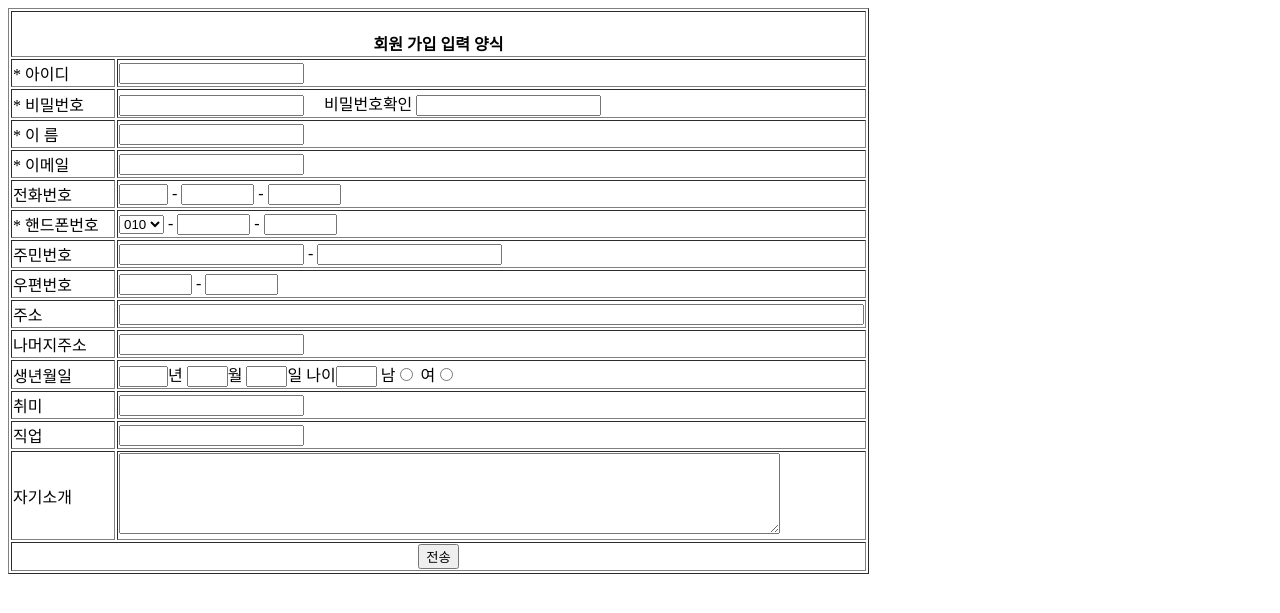
Repository: vkfkstptkd1/WebProgramming
Page: ch3_FormTag/WebContent/In_Form.html
The author's editor kept a copy of each file at every save. The page is drawn from the files as they stood at one save, then again after the next save.
The browser window is 1280 px wide. The pictures show the whole page.

Above is the page before, as saved 2021-03-20 07:25:45.

### ch3_FormTag/WebContent/In_Form.html
<!DOCTYPE html>
<html>
<head>
<meta charset="EUC-KR">
<title>First Practice : In_ Form</title>
</head>
<body>
<form action= "In_Form_ok.jsp" method="post">
	<table border="1">
	<tr><th colspan=2><br>회원 가입 입력 양식</th></tr><!--표제목  -->
	<tr><td width= "100"> * 아이디</td>
		<td width="500"> <input type="text" name="id"></td>
	</tr>
	<tr><td> * 비밀번호</td>
		<td> <input type="text" name="pwd"> &nbsp;&nbsp;&nbsp;&nbsp;비밀번호확인 <input type="text" name="pwdok">
		</td>
	</tr>
	<tr><td> * 이 름</td>
		<td> <input type="text" name="name"></td>
	</tr>
	<tr><td> * 이메일</td>
		<td> <input type="text" name="email"></td>
	</tr>
	<tr><td> 전화번호</td>
		<td><input type="text" name="homenumber" size=3>
			-
			<input type="text" name="homenumber" size=6>
			-
			<input type="text" name="homenumber" size=6>
		</td>
	</tr>
	<tr><td> * 핸드폰번호</td>
		<td>
		<SELECT NAME="phonenumber1">
		<OPTION VALUE="010">010</OPTION>
		<OPTION VALUE="011">011</OPTION>
		<OPTION VALUE="012">012</OPTION>
		</SELECT>
		-
		<input type="text" name="phonenumber2" size=6>
		-
		<input type="text" name="phonenumber3" size=6>
		</td>
	</tr>
	<tr><td> 주민번호</td>
		<td> <input type="text" name="ssn1">
			 -
			 <input type="text" name="ssn2">
		</td>
	</tr>
	<tr><td> 우편번호</td>
		<td> <input type="text" name="pn1" size=6>
			 -
			 <input type="text" name="pn2" size=6></td>
	</tr>
	<tr><td> 주소</td>
		<td> <input type="text" name="ad" size=90 ></td>
	</tr>
	<tr><td> 나머지주소</td>
		<td> <input type="text" name="remainderad"></td>
	</tr>
	<tr><td> 생년월일</td>
		<td> <input type="text" name="year" size=3>년
			 <input type="text" name="month" size=2>월
			 <input type="text" name="day" size=2>일
			 나이<input type="text" name="age" size=2>
			 남<input type="radio" name="gender" value="남">
			 여<input type="radio" name="gender" value="여">
		</td>
	</tr>
	<tr><td> 취미</td>
		<td> <input type="text" name="id"></td>
	</tr>
	<tr><td > 직업</td>
		<td > <input type="text" name="id"></td>
	</tr>
	<tr><td > 자기소개</td>
		<td > <textarea name="intro" rows=5 cols=80></textarea></td>
	</tr>
	<tr>
		<td colspan="2"><center><input type="submit" value="전송" ></center></td>
	</tr>
	</table>
</form>
</body>
</html>

After the next save:
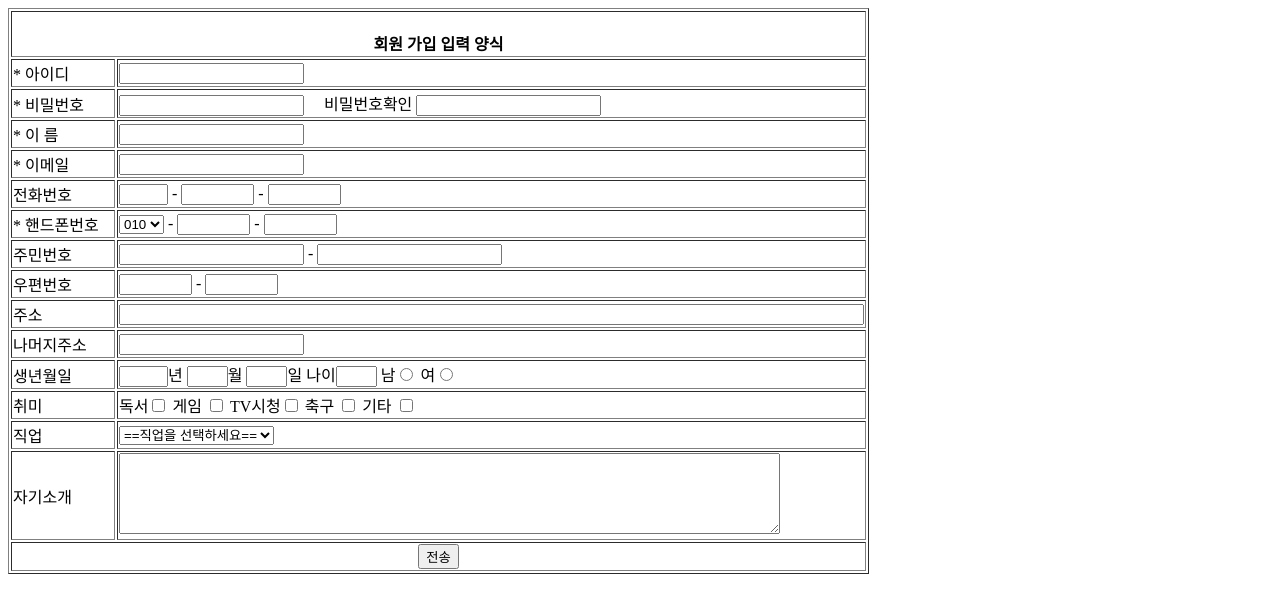
Saved 4 min 46 s later.
--- a/ch3_FormTag/WebContent/In_Form.html
+++ b/ch3_FormTag/WebContent/In_Form.html
@@ -69,10 +69,23 @@
 		</td>
 	</tr>
 	<tr><td> 취미</td>
-		<td> <input type="text" name="id"></td>
+		<td> 독서<input type="checkbox" name="hobby" value="독서">
+			 게임	<input type="checkbox" name="hobby" value="게임">
+		   TV시청<input type="checkbox" name="hobby" value="TV시청">
+			 축구	<input type="checkbox" name="hobby" value="축구">
+			 기타	<input type="checkbox" name="hobby" value="기타">
+		</td>
 	</tr>
 	<tr><td > 직업</td>
-		<td > <input type="text" name="id"></td>
+		<td >
+		<SELECT NAME="job">
+         <OPTION VALUE="">==직업을 선택하세요==</OPTION>
+         <OPTION VALUE="학생">학생</OPTION>
+         <OPTION VALUE="회사원">회사원</OPTION>
+         <OPTION VALUE="군인">군인</OPTION>
+         <OPTION VALUE="기타">기타</OPTION>
+	    </SELECT>
+	    </td>
 	</tr>
 	<tr><td > 자기소개</td>
 		<td > <textarea name="intro" rows=5 cols=80></textarea></td>
